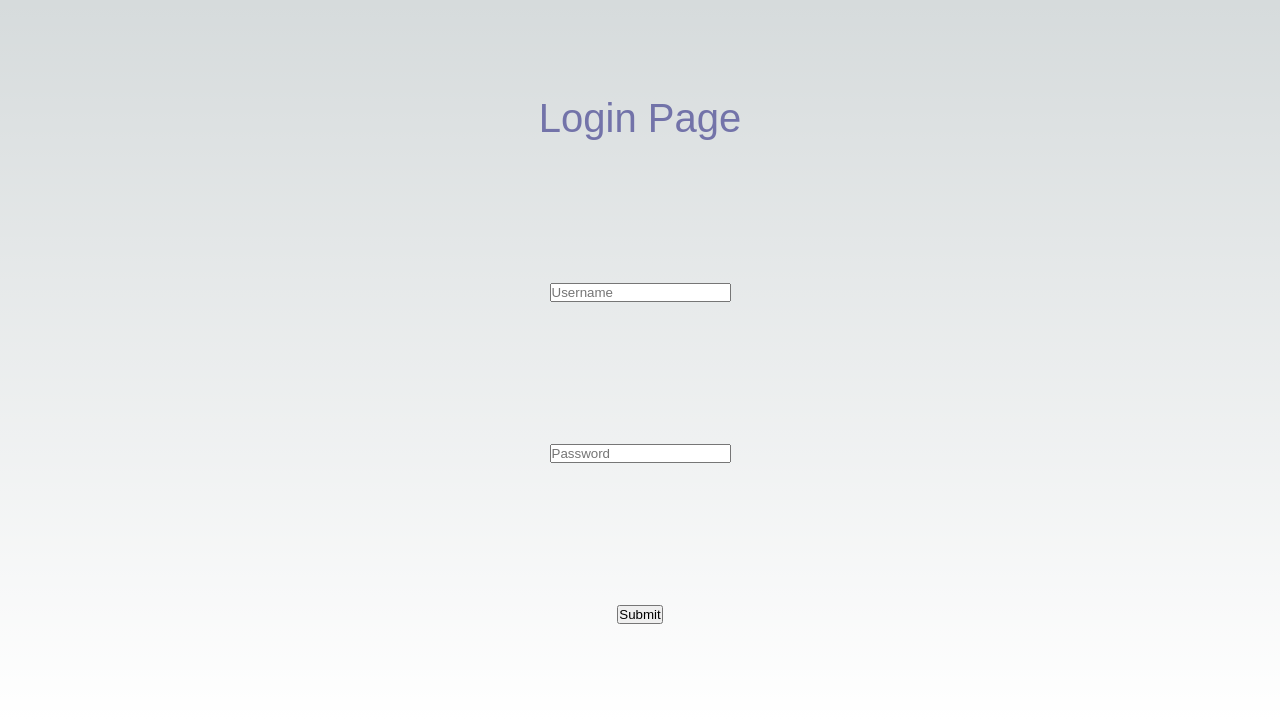
Repository: SaraShio/counter
Page: /
An editor plug-in stored every save of this project. The page is shown before and after the next save, followed by the edit.
The browser window is 1280 px wide. The pictures show the whole page.
The project was rebuilt for these pictures with package versions that can differ from the ones it lists, and the page was loaded fresh each time. The framework's server and built-in components were replaced by stand-ins that run in the browser. Also part of the build but not shown: next.config.js.

Above is the page before, as saved 2023-01-15 17:29:25.

After the next save:
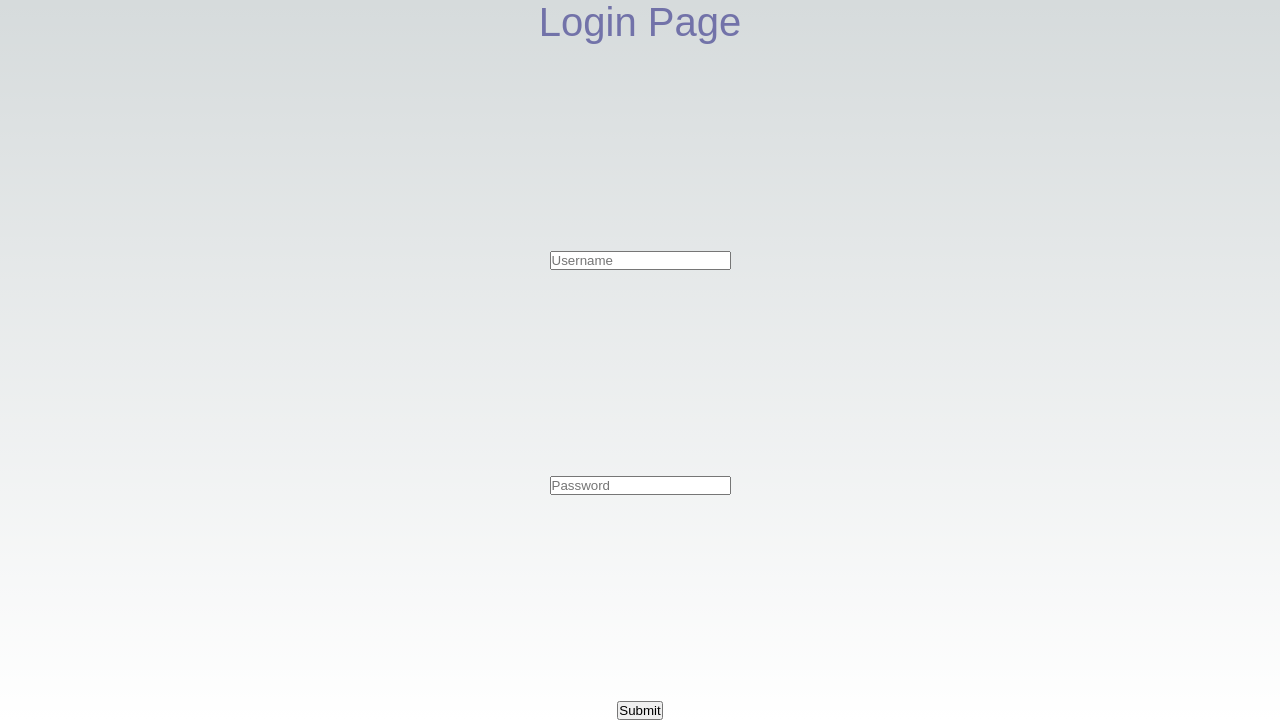
Saved 9 s later.
--- a/styles/Home.module.css
+++ b/styles/Home.module.css
@@ -3,7 +3,6 @@
   flex-direction: column;
   justify-content: space-between;
   align-items: center;
-  padding: 6rem;
   min-height: 100vh;
   color: var(--medium-purple);
   font-size: var(--large-main-font);

After the save that followed:
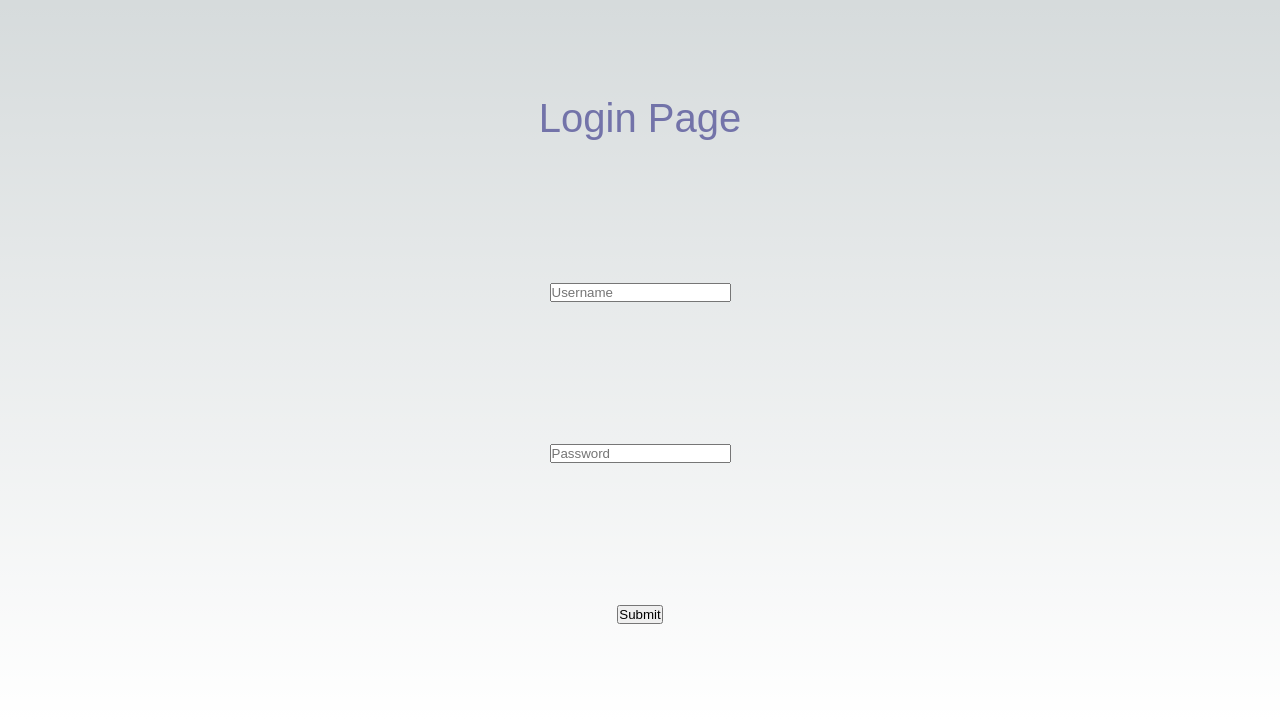
Saved 17 s later.
--- a/styles/Home.module.css
+++ b/styles/Home.module.css
@@ -3,6 +3,7 @@
   flex-direction: column;
   justify-content: space-between;
   align-items: center;
+  padding: 6rem;
   min-height: 100vh;
   color: var(--medium-purple);
   font-size: var(--large-main-font);
